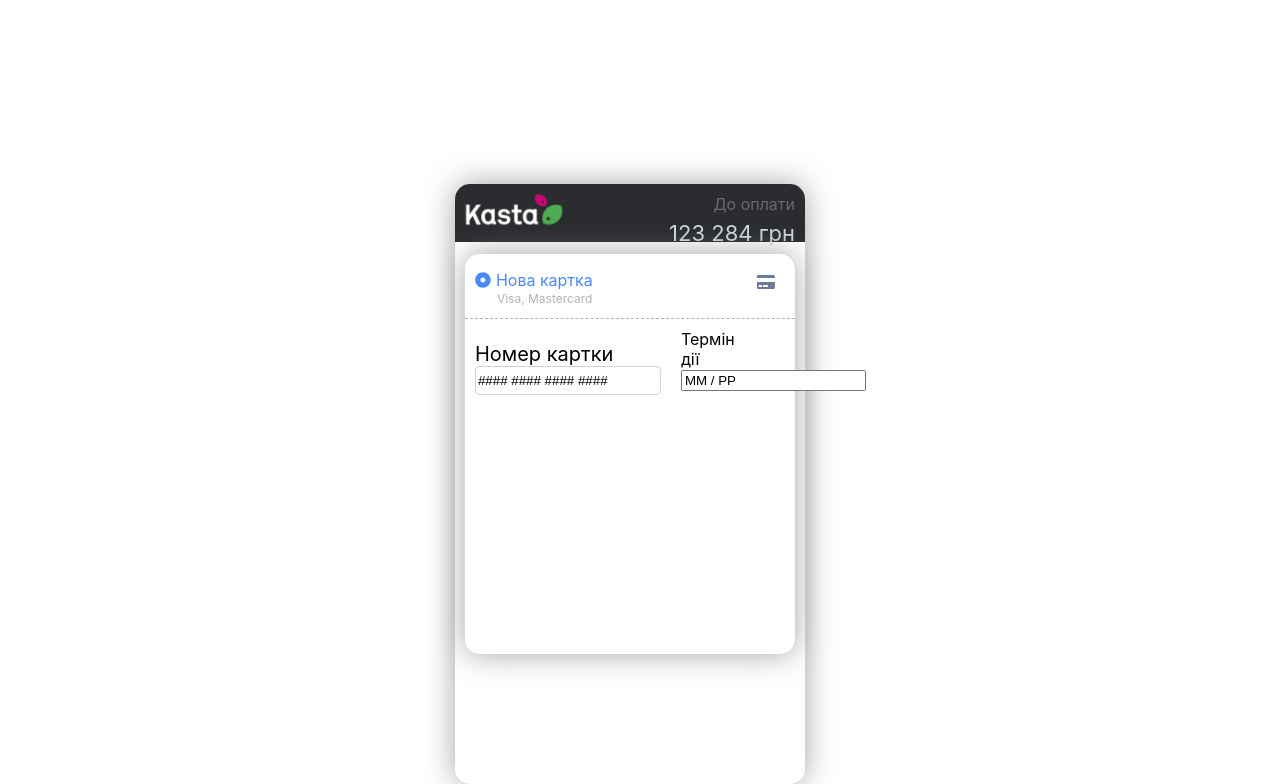
Repository: khamraeva/kasta
Page: /
An editor plug-in stored every save of this project. The page is shown before and after the next save, followed by the edit.
The browser window is 1280 px wide. The pictures show the whole page.
The project was rebuilt for these pictures with package versions that can differ from the ones it lists, and the page was loaded fresh each time.

Above is the page before, as saved 2020-03-02 17:55:44.

After the next save:
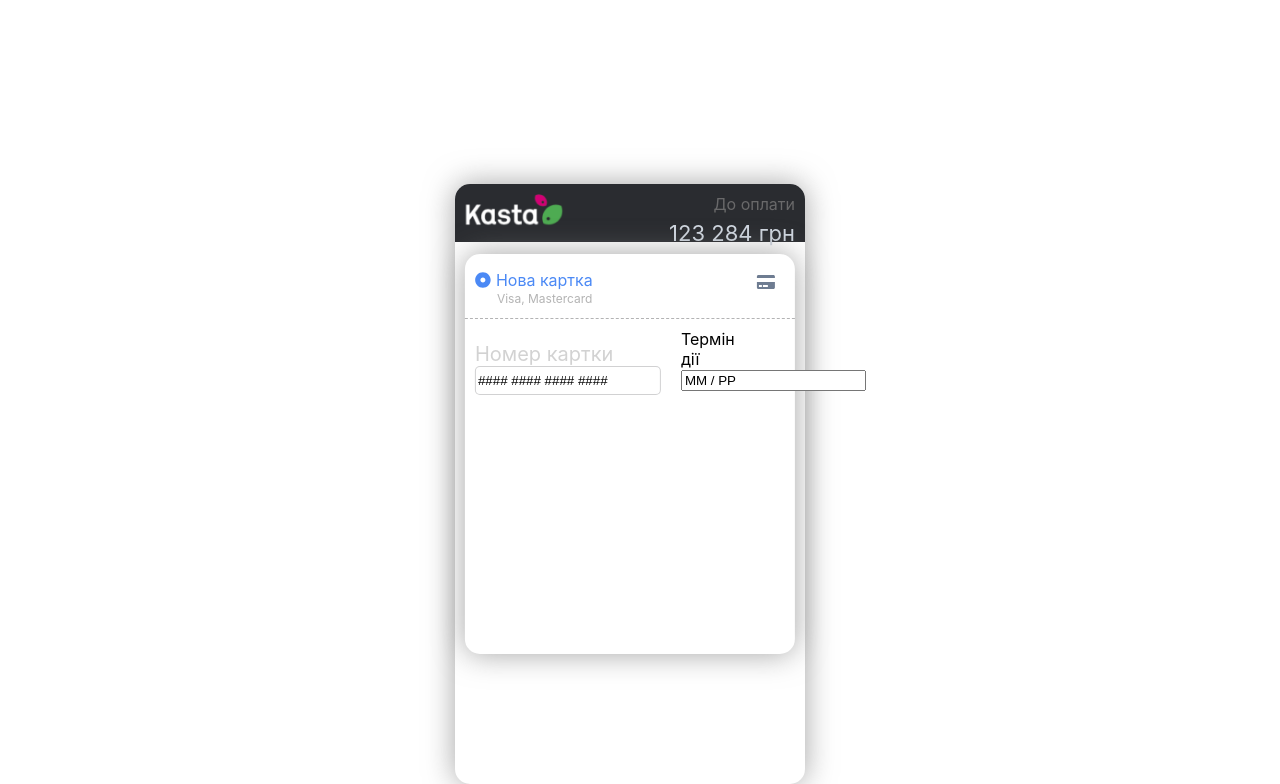
Saved 27 s later.
--- a/src/components/PayForm/payform.css
+++ b/src/components/PayForm/payform.css
@@ -35,7 +35,7 @@
 }
 
 .card-number label{
-    color: 1px solid rgba(105, 105, 106, .3);
+    color: rgba(105, 105, 106, .3);
     font-size: 20px;
 }
 
